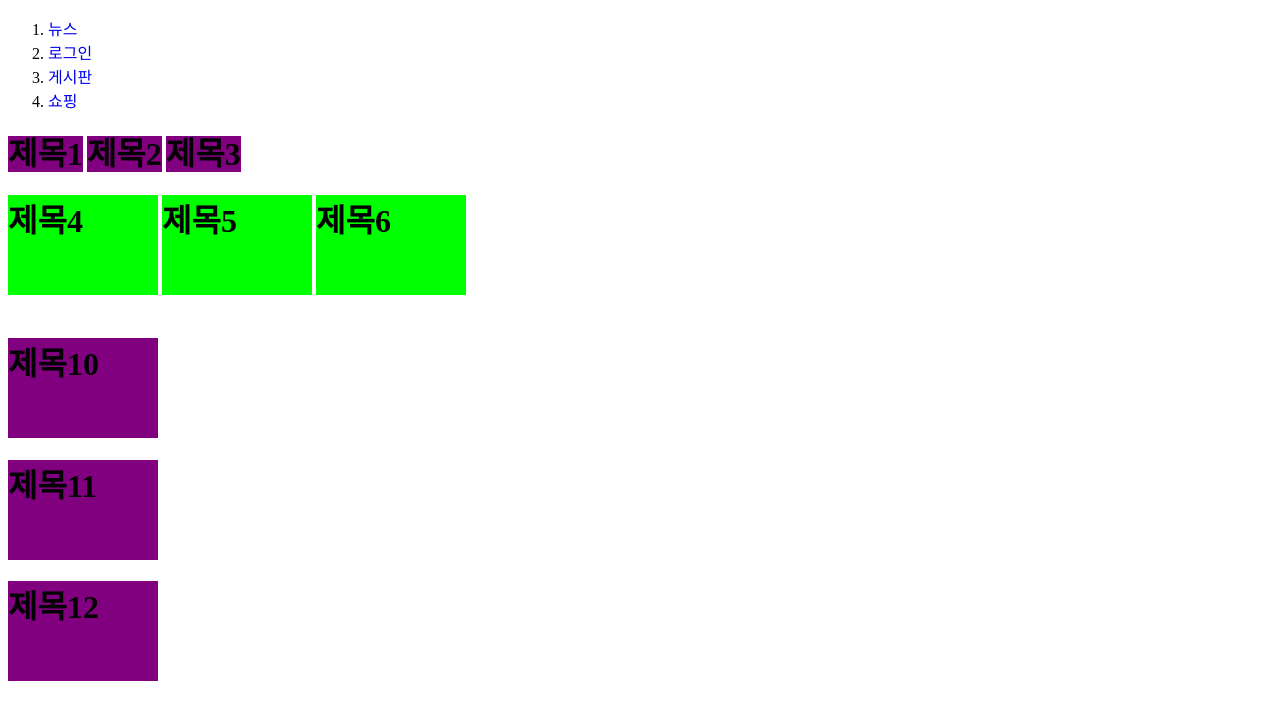
Repository: Kray273/JSLab
Page: css/src/main/webapp/Day97/display.html
An editor plug-in stored every save of this project. The page is shown before and after the next save, followed by the edit.
The browser window is 1280 px wide. The pictures show the whole page.

Above is the page before, as saved 2022-11-25 08:09:04.

### css/src/main/webapp/Day97/display.html
<!DOCTYPE html>
<html>
<head>
<meta charset="UTF-8">
<title>Display</title>
<style type="text/css">

	#test1 h1{
		display: inline;	/* 한줄 나란히 */
		width: 150px; /* inline으로 인해 적용 X */
		height : 100px; /* inline으로 인해 적용 X */
		background-color: purple;
	}

	#test2 h1{
		display: inline-block;	/* 각각의 블럭을 지정 */
		width: 150px;
		height : 100px;
		background-color: lime;
	}

	#test3 h1{
		display: none;	/* hidden 공간자체도 없음.*/
	}

	#test4 h1{
		display: block;	/* 각각의 블럭을 지정 */
		width: 150px;
		height : 100px;
		background-color: purple;
	}

	#mainmenu li{
		display: disc, inline;

	}
	a {
	 	text-decoration: none;
	}


</style>

</head>
<body>

<!-- div는 영역을 지정하는 태그 -->
<div id="mainmenu">
	<ol>
		<li><a href="news.html">뉴스</a></li>
		<li><a href="login.html">로그인</a></li>
		<li><a href="board.html">게시판</a></li>
		<li><a href="shopping.html">쇼핑</a></li>
	</ol>
</div>

<div id="test1">
	<h1>제목1</h1>
	<h1>제목2</h1>
	<h1>제목3</h1>
</div>

<div id="test2">
	<h1>제목4</h1>
	<h1>제목5</h1>
	<h1>제목6</h1>
</div>

<div id="test3">
	<h1>제목7</h1>
	<h1>제목8</h1>
	<h1>제목9</h1>
</div>

<div id="test4">
	<h1>제목10</h1>
	<h1>제목11</h1>
	<h1>제목12</h1>
</div>


</body>
</html>

After the next save:
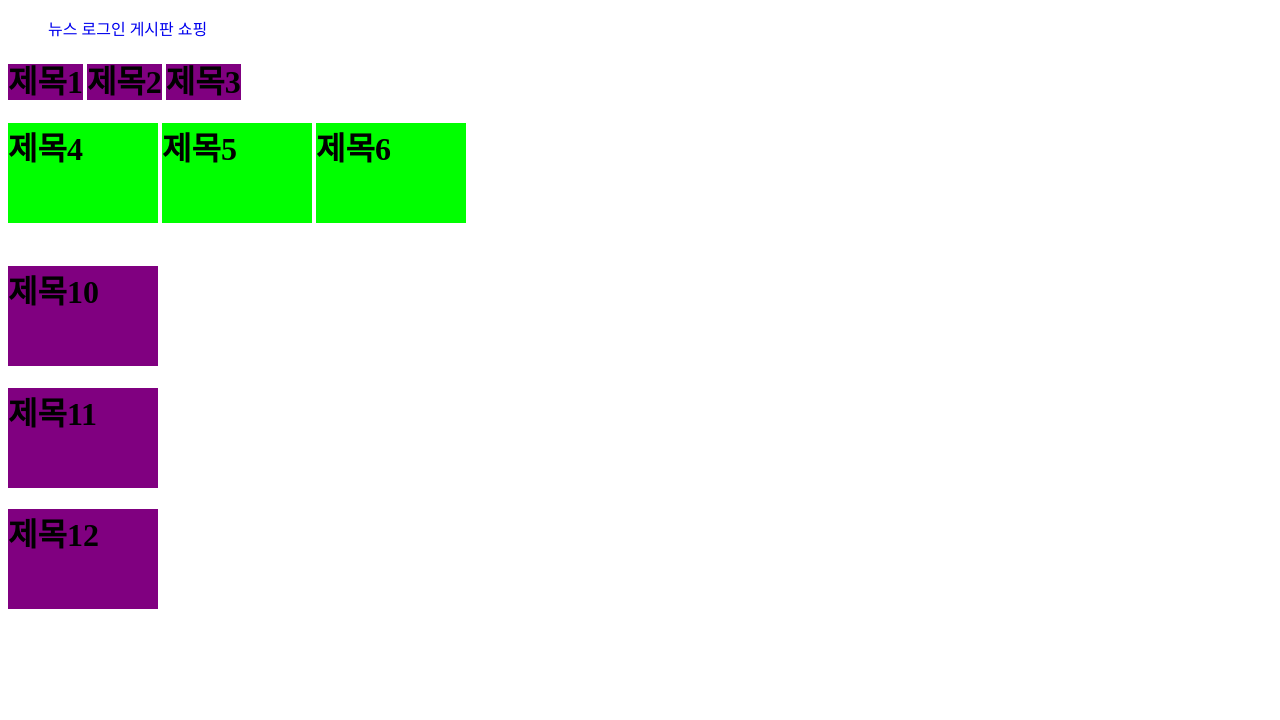
Saved 5 s later.
--- a/css/src/main/webapp/Day97/display.html
+++ b/css/src/main/webapp/Day97/display.html
@@ -31,7 +31,7 @@
 	}
 
 	#mainmenu li{
-		display: disc, inline;
+		display: inline;
 
 	}
 	a {
